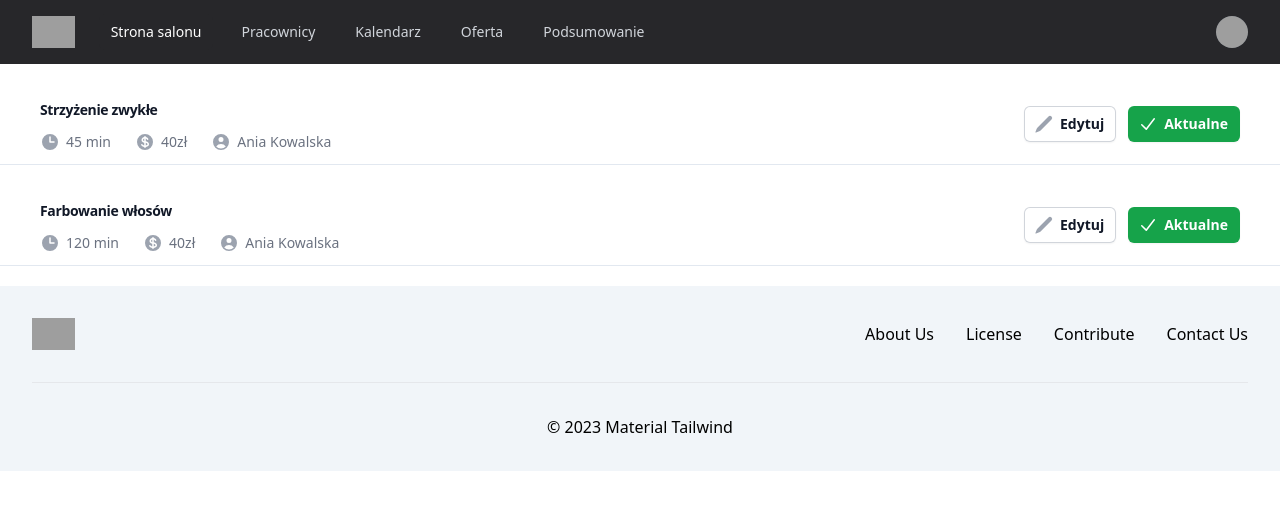
Repository: PrzemyslawJura/my-app
Page: /oferta (app in frontend/)
The author's editor kept a copy of each file at every save. The page is drawn from the files as they stood at one save, then again after the next save.
The browser window is 1280 px wide. The pictures show the whole page.
Pictures or frames that could not be fetched are drawn as grey boxes. The page's requests for data from a server got no answer. The project was rebuilt for these pictures with package versions that can differ from the ones it lists, and the page was loaded fresh each time. No one was signed in, and anything a server would have sent is missing. Also part of the build but not shown: frontend/src/components/Location.jsx, frontend/src/home/Feature.jsx, frontend/src/shared_np_buttony_inputy_kalendarze_itp/PaginationTile.jsx, frontend/src/home/Pagination.jsx, frontend/src/home/Listbox.jsx, frontend/src/home/StepOne.jsx, frontend/src/home/StepTwo.jsx, frontend/src/home/SalonOffer.jsx and 22 more.

Above is the page before, as saved 2023-11-24 12:40:47.

After the next save:
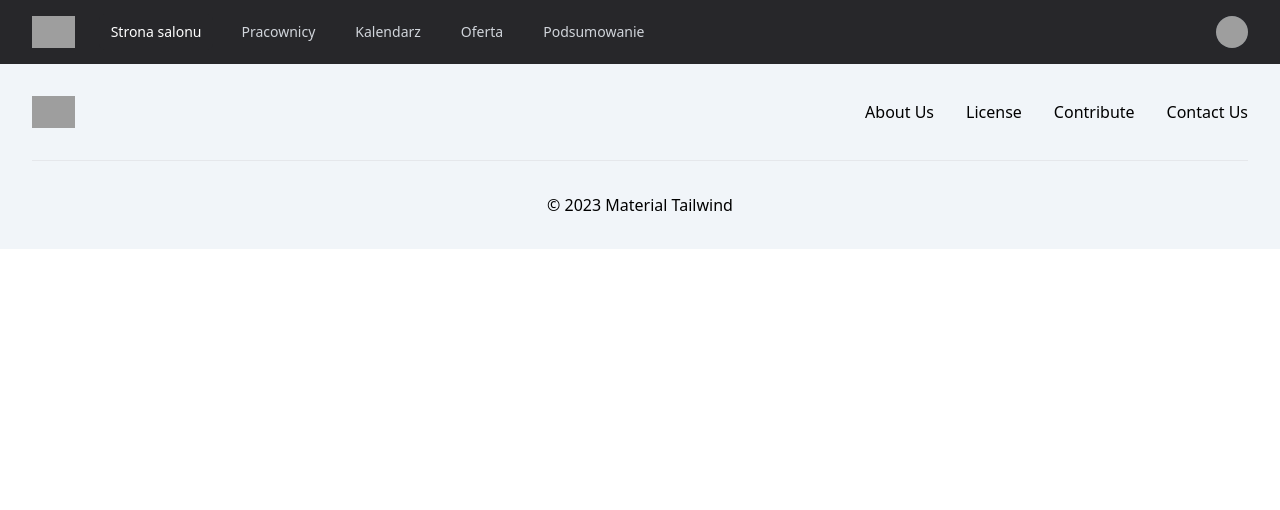
Saved 31 s later.
--- a/frontend/src/components/Service.jsx
+++ b/frontend/src/components/Service.jsx
@@ -39,7 +39,7 @@ export default function Service({workerId}) {
 
   return (
     <div className=''>
-    {services.map((service) => (
+    {service.map((service) => (
     <div className="lg:flex lg:items-center lg:justify-between my-5 px-10 mx-auto p-3 border-slate-200 border-b">
       <OneService service={service}/>
       <div className="mt-5 flex lg:ml-4 lg:mt-0">
